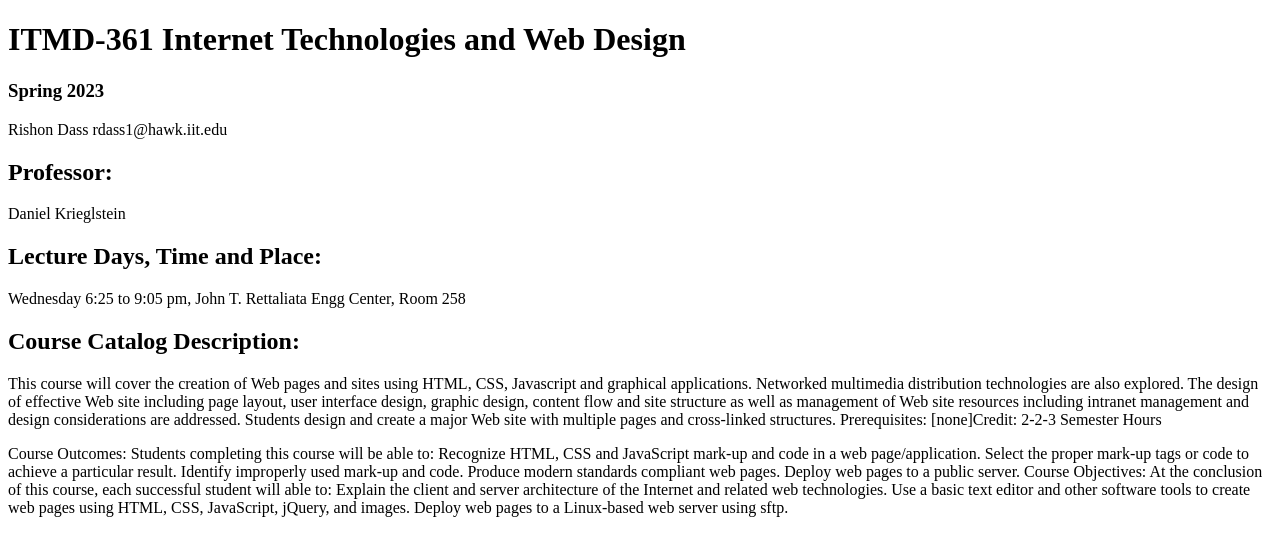
Repository: rishondass/ITMD361-Lab2
Page: lab2raw_text.html
These files come from the project's save history. The page is drawn as it stood at one moment and after a run of saves; the edit follows.
The browser window is 1280 px wide. The pictures show the whole page.

Above is the page before, as saved 2023-01-13 14:08:32.

After the next 2 saves:
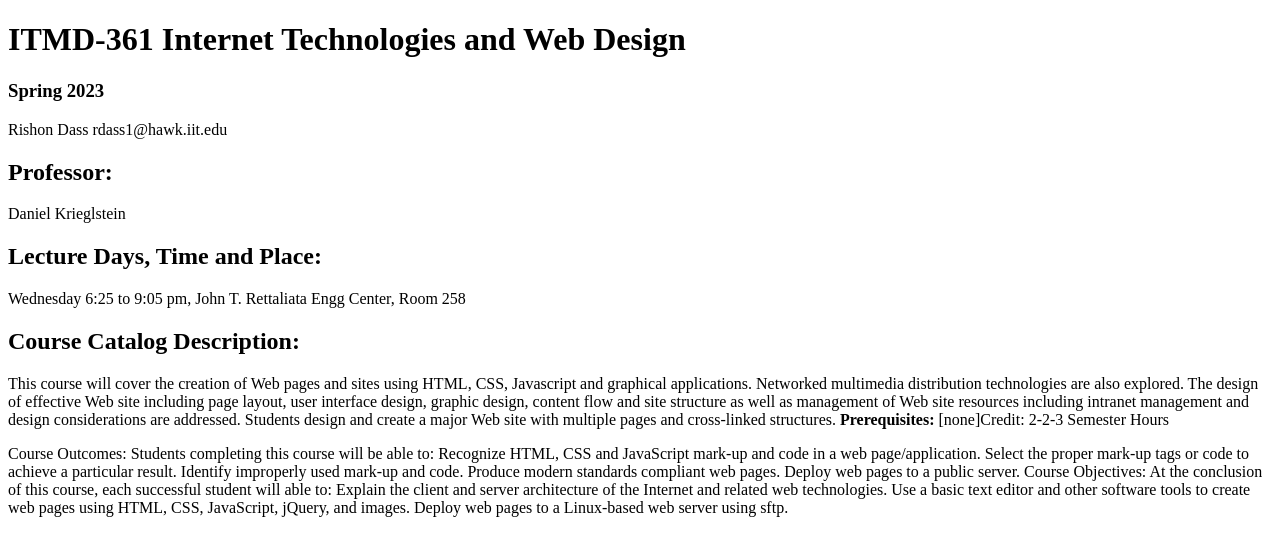
The 2 saves are shown as one change because they came seconds apart.
The last was saved 7 s later.
--- a/lab2raw_text.html
+++ b/lab2raw_text.html
@@ -32,7 +32,7 @@
         Course Catalog Description:
     </h2>
     <p>
-        This course will cover the creation of Web pages and sites using HTML, CSS, Javascript and graphical applications. Networked multimedia distribution technologies are also explored. The design of effective Web site including page layout, user interface design, graphic design, content flow and site structure as well as management of Web site resources including intranet management and design considerations are addressed. Students design and create a major Web site with multiple pages and cross-linked structures. <strong></strong>Prerequisites: [none]Credit: 2-2-3 Semester Hours
+        This course will cover the creation of Web pages and sites using HTML, CSS, Javascript and graphical applications. Networked multimedia distribution technologies are also explored. The design of effective Web site including page layout, user interface design, graphic design, content flow and site structure as well as management of Web site resources including intranet management and design considerations are addressed. Students design and create a major Web site with multiple pages and cross-linked structures. <strong>Prerequisites:</strong> [none]Credit: 2-2-3 Semester Hours
     </p>
 </body>
 </html>
